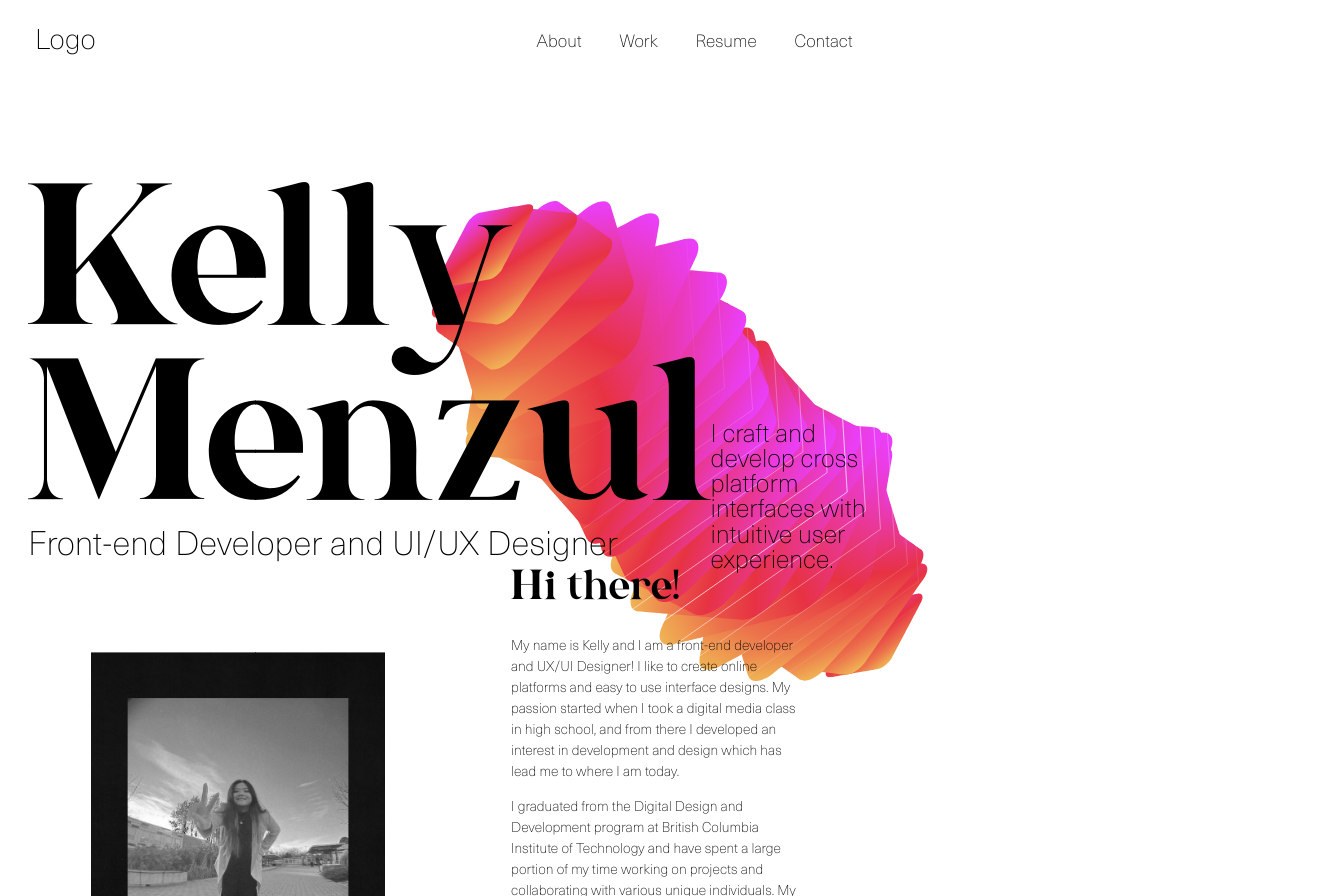
Repository: KellyMenzul/Kelly-Menzul
Page: /
These files come from the project's save history. The page is drawn as it stood at one moment and after the next save; the edit follows.
The browser window is 1280 px wide. The page is 1900 px wide, so the pictures cover 1900 px, including what lies to the right of the window. The pictures show the part of the page from y = 0 to 1280 px (the page is 2160 px tall), at 70% of full size.
The project was rebuilt for these pictures with package versions that can differ from the ones it lists, and the page was loaded fresh each time. The framework's server and built-in components were replaced by stand-ins that run in the browser. Also part of the build but not shown: next.config.js.

Above is the page before, as saved 2022-01-20 15:24:16.

After the next save:
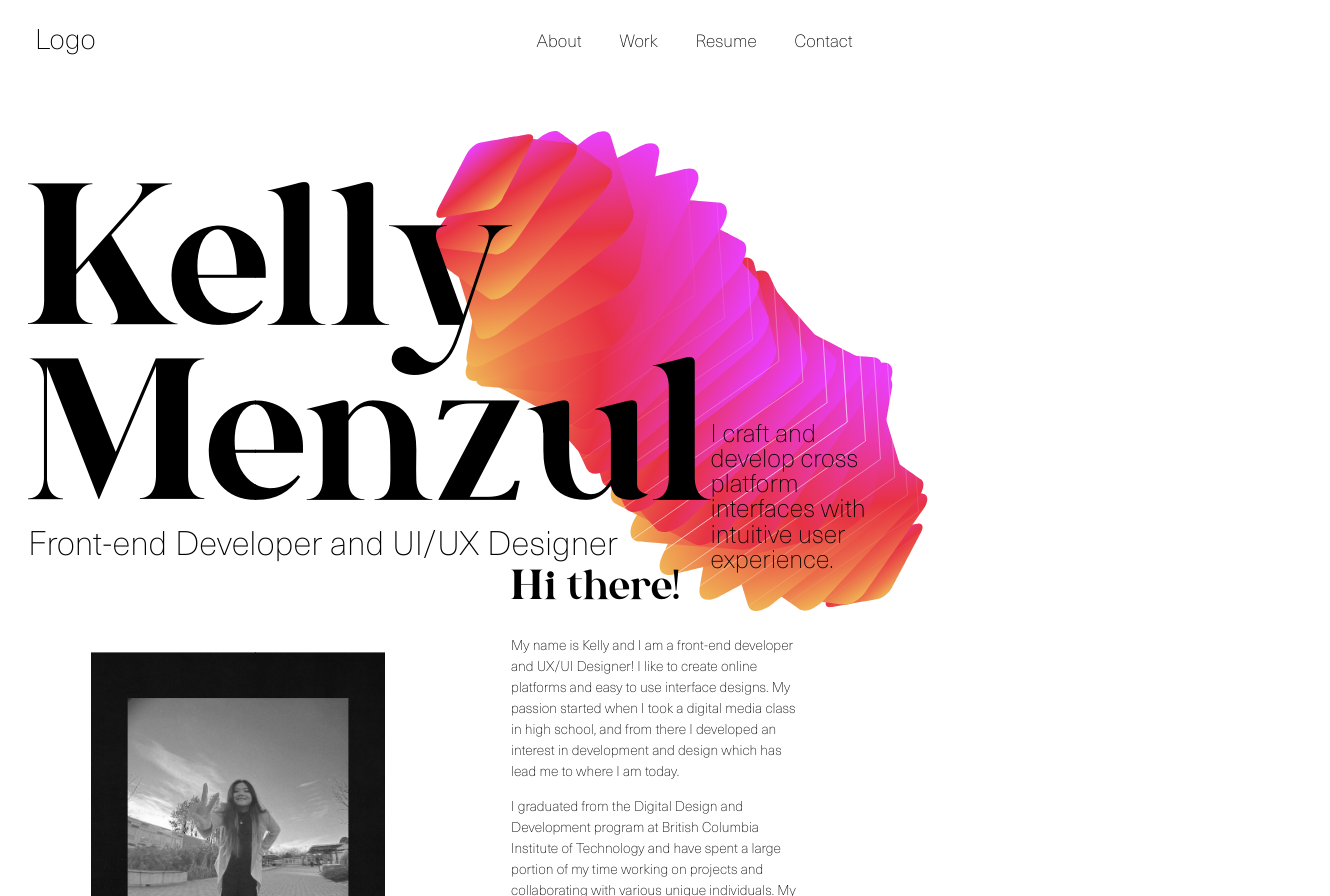
Saved 17 s later.
--- a/pages/index.js
+++ b/pages/index.js
@@ -109,7 +109,7 @@
 const LoadHolder = styled.div`
 position:absolute;
 z-index:-1;
-top:-300px;
+top:-400px;
 
 `
 const TextHolder  =styled.div``

After the save that followed:
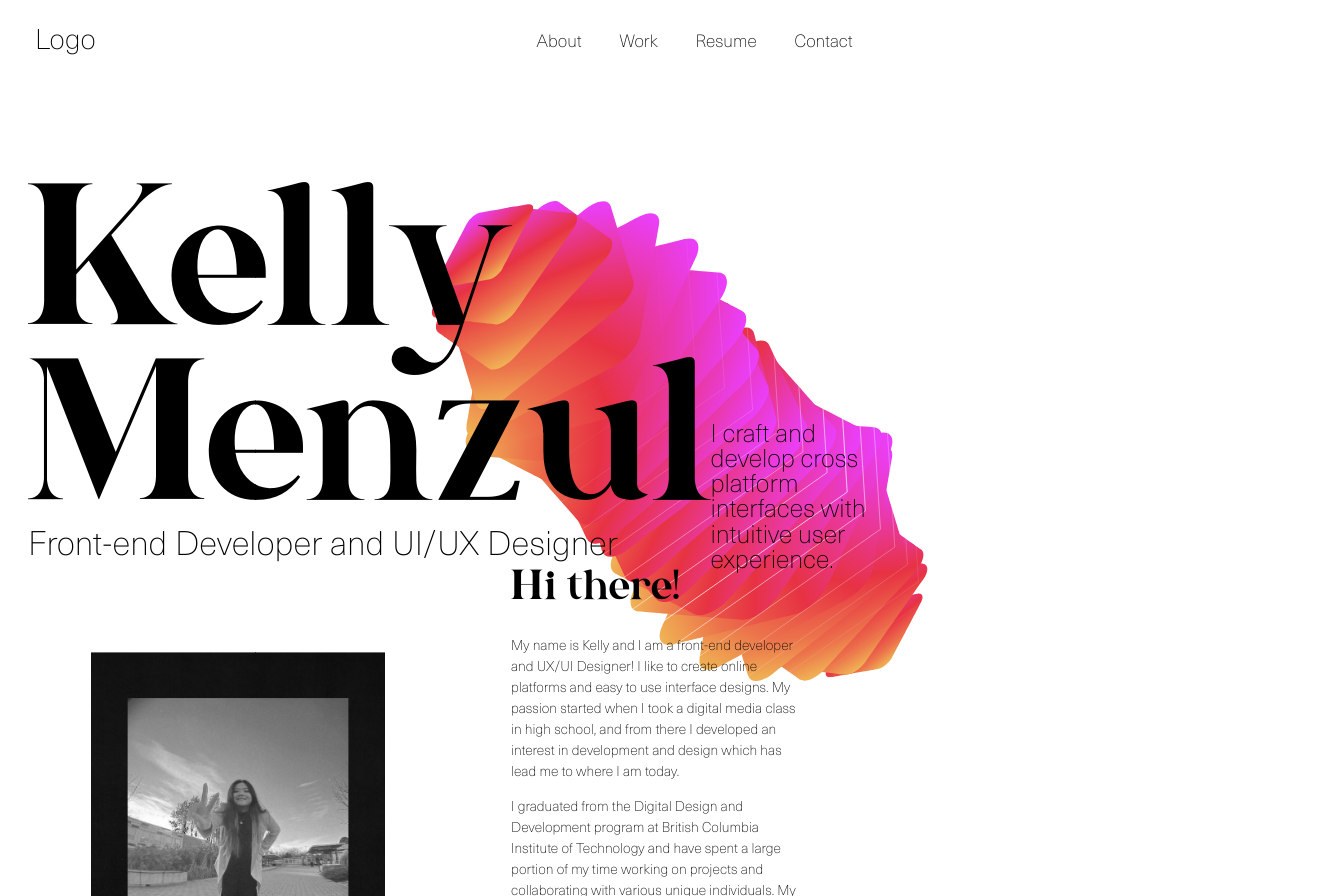
Saved 7 s later.
--- a/pages/index.js
+++ b/pages/index.js
@@ -109,7 +109,7 @@
 const LoadHolder = styled.div`
 position:absolute;
 z-index:-1;
-top:-400px;
+top:-300px;
 
 `
 const TextHolder  =styled.div``
